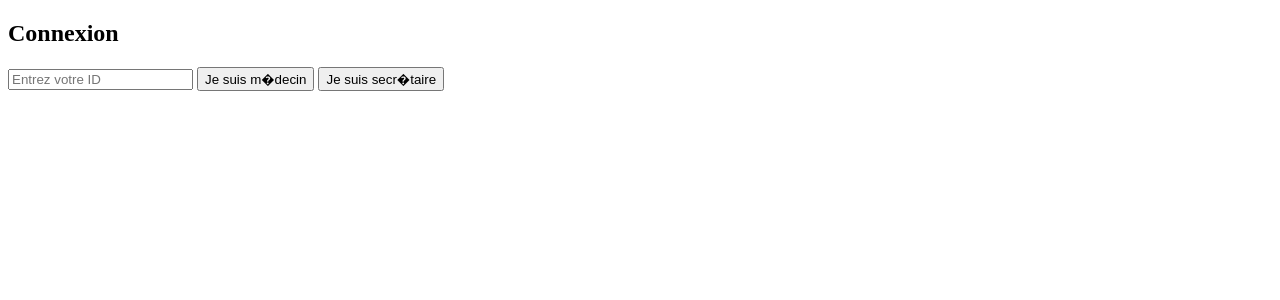
Repository: Caleb-St/CabinetMedical
Page: http://localhost/main.php
These files come from the project's save history. The page is drawn as it stood at one moment and after a run of saves; the edit follows.
The browser window is 1280 px wide. The pictures show the whole page.
The page is run by PHP 8.4 with error messages shown; the project is at /var/www/html/.

Above is the page before, as saved 2016-04-07 22:22:42.

After the next 2 saves:
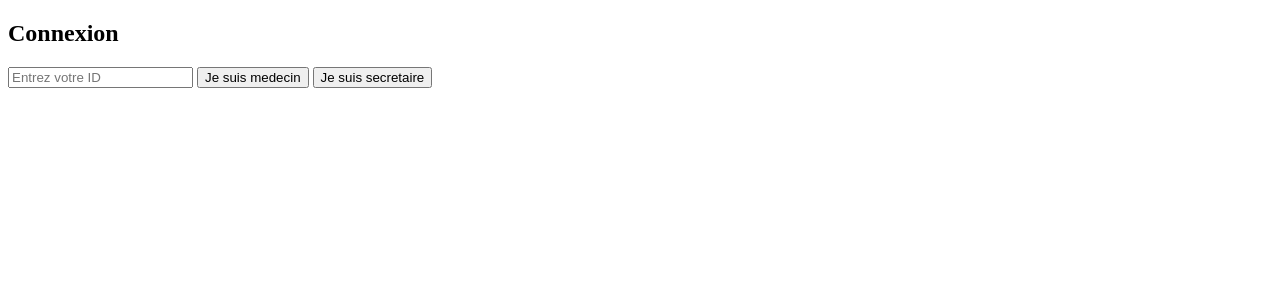
The 2 saves are shown as one change because they came seconds apart.
The last was saved 11 min 3 s later.
--- a/dbphp/main.php
+++ b/dbphp/main.php
@@ -10,8 +10,8 @@
 <h2>Connexion</h2>
 <form method="post" action="/CabinetMedical/dbphp/connectDB.php">
 	<input type="text" placeholder="Entrez votre ID">
-	<input type="submit" value="Je suis médecin">
-	<input type="submit" value="Je suis secrétaire">
+	<input type="submit" value="Je suis medecin">
+	<input type="submit" value="Je suis secretaire">
 </form>
 
  <!--
